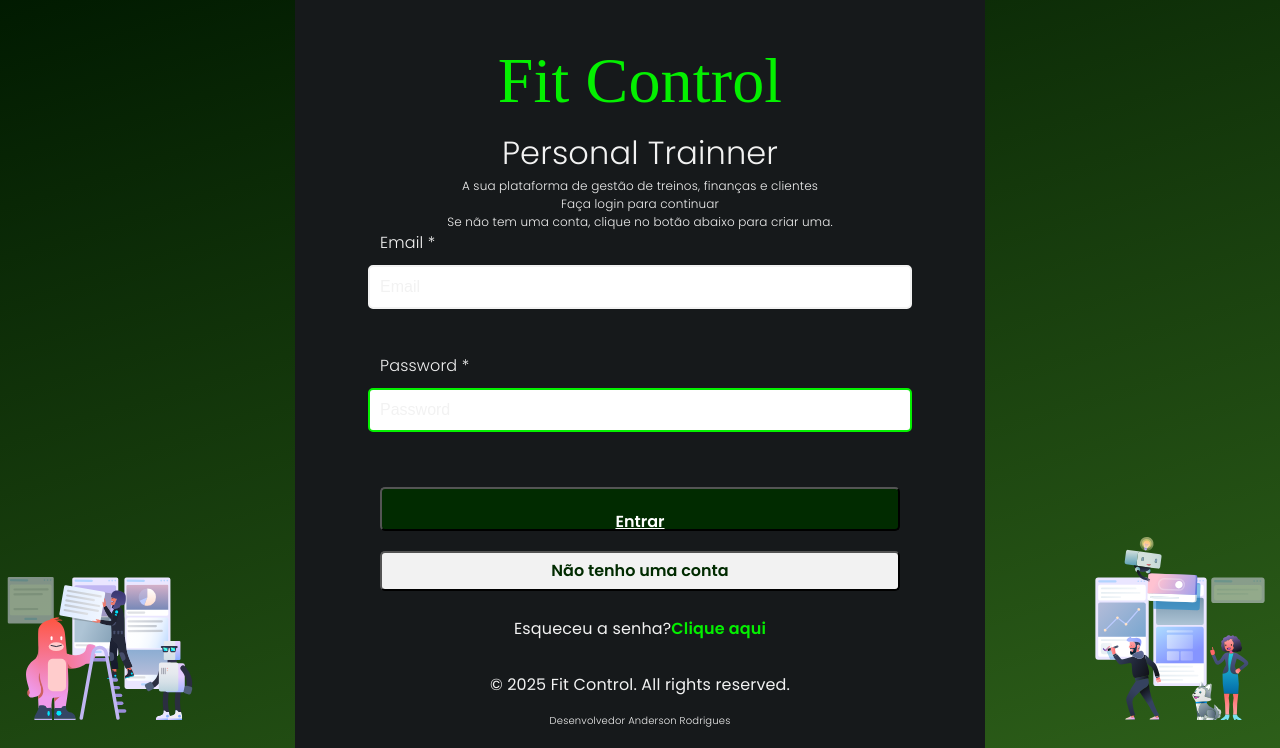
Repository: fit-control/frontend-fit-control
Page: /
These files come from the project's save history. The page is drawn as it stood at one moment and after the next save; the edit follows.
The browser window is 1280 px wide. The pictures show the whole page.
The pointer rests on the first visible `.button1`.
The page's requests for data from a server got no answer. Some web fonts or font styles are not loaded; a fallback is used. The project was rebuilt for these pictures with package versions that can differ from the ones it lists, and the page was loaded fresh each time. No one was signed in, and anything a server would have sent is missing. Also part of the build but not shown: next.config.js, vite.config.ts, src/components/containerCenterCadastro.tsx, src/pages/About.tsx, src/pages/NotFound.tsx, src/components/AuthRoutes.tsx, src/pages/PaginaTeste.tsx.

Above is the page before, as saved 2025-03-23 16:53:58.

After the next save:
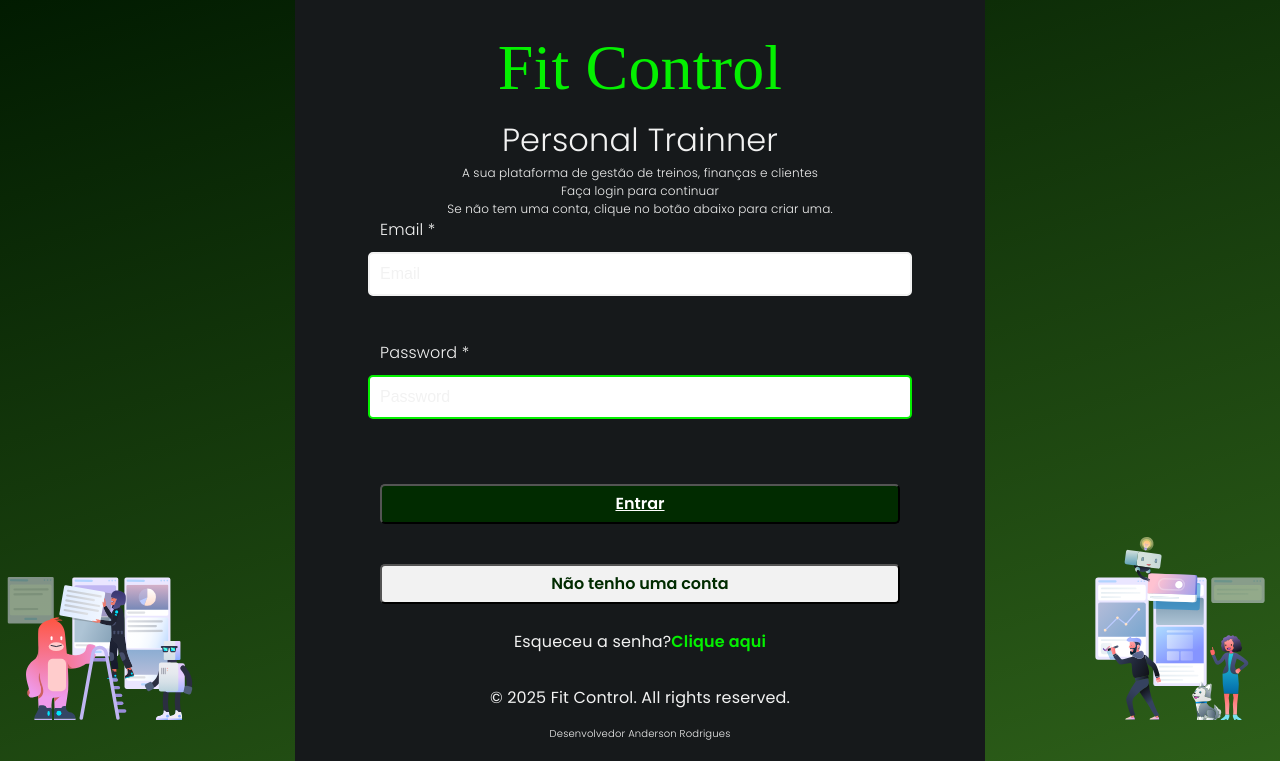
Saved 28 s later.
--- a/src/App.css
+++ b/src/App.css
@@ -193,7 +193,7 @@ body {
         color: #FFFFFF !important;
       }
       .button1:hover{
-        padding: 20px;
+        margin: 20px;
       }
       button:hover {
         background-color: #F2F2F2;
